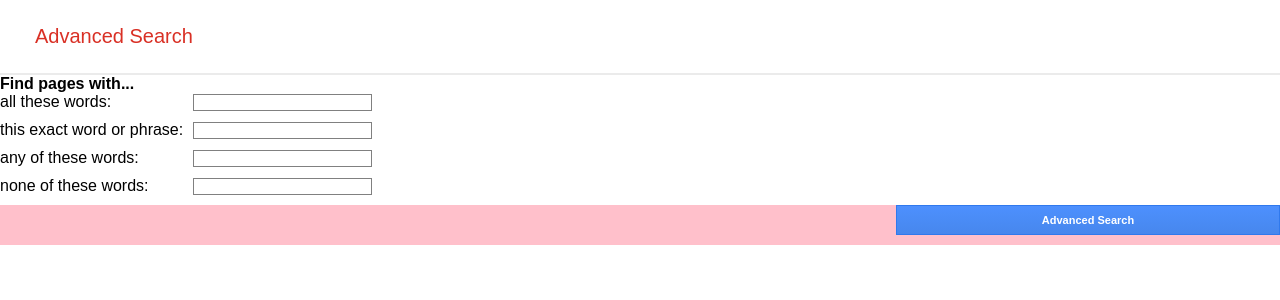
Repository: etentuk/search
Page: advanced_search.html
An editor plug-in stored every save of this project. The page is shown before and after the next save, followed by the edit.
The browser window is 1280 px wide. The pictures show the whole page.

Above is the page before, as saved 2021-11-05 00:20:44.

After the next save:
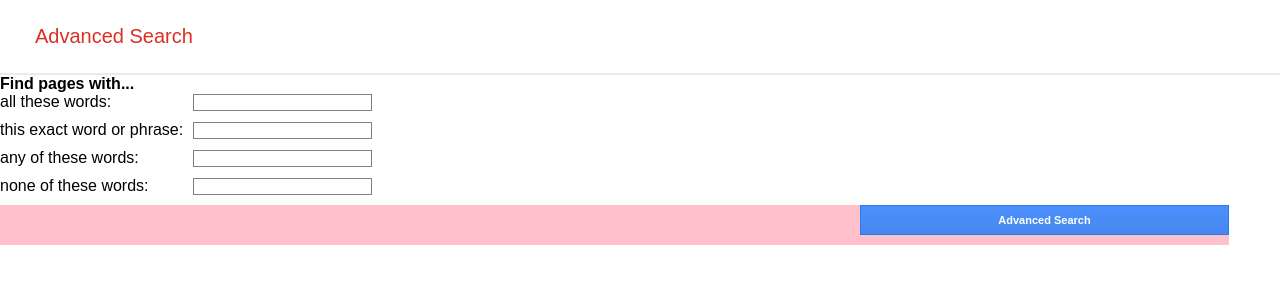
Saved 29 s later.
--- a/styles.css
+++ b/styles.css
@@ -46,7 +46,18 @@ label {
 }
 
 #form {
-
+    max-width: 1140
+px
+;
+    min-width: 200
+px
+;
+    width: 96%;
+    margin: 40
+px
+ 2% 0 45
+px
+;
 }
 
 .form-example {
